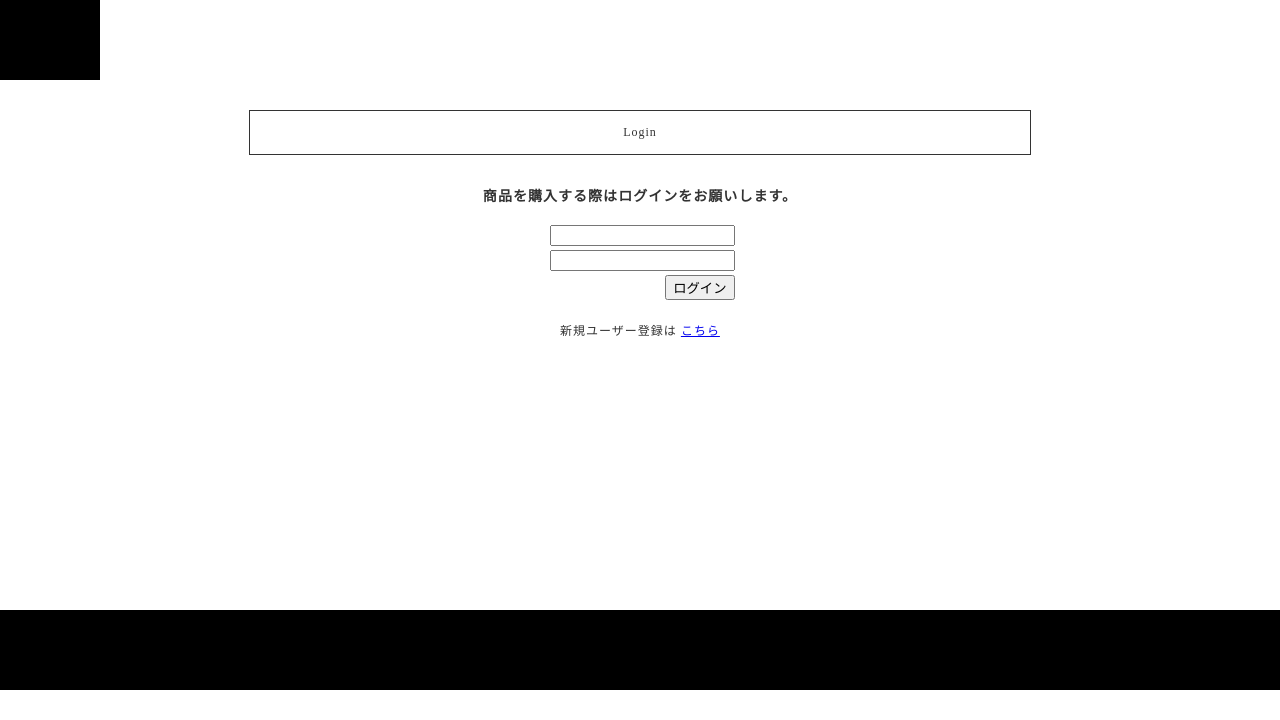
Repository: RyunosukeSaiga0816/test
Page: http://localhost/template/login.jsp
An editor plug-in stored every save of this project. The page is shown before and after the next save, followed by the edit.
The browser window is 1280 px wide. The pictures show the whole page.
The page is served by Tomcat 9.

Above is the page before, as saved 2018-07-17 08:34:19.

After the next save:
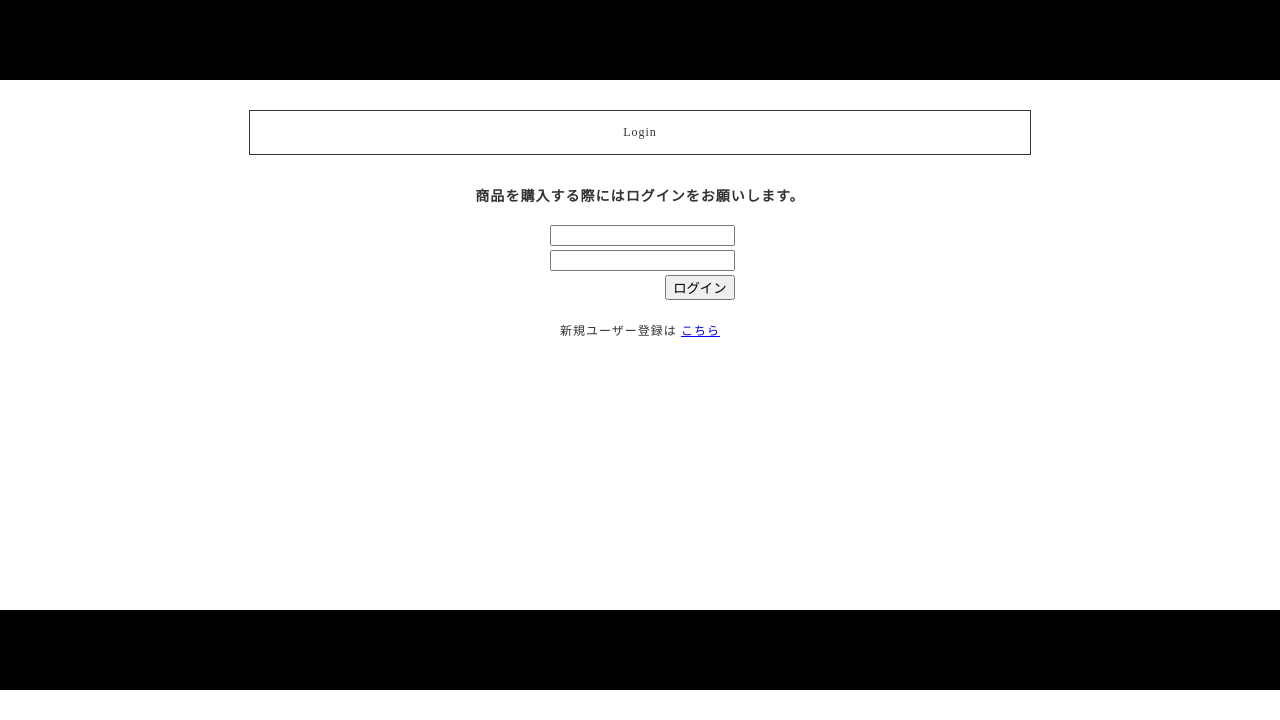
Saved 2 min 32 s later.
--- a/template/WebContent/login.jsp
+++ b/template/WebContent/login.jsp
@@ -37,7 +37,7 @@
 				border:1px solid #333;
 			}
 			#header{
-				width:100px;
+				width:100%;
 				height:80px;
 				background-color:black;
 			}
@@ -64,7 +64,7 @@
 				<p>Login</p>
 			</div>
 			<div>
-				<h3>商品を購入する際はログインをお願いします。</h3>
+				<h3>商品を購入する際にはログインをお願いします。</h3>
 				<s:form action="LoginAction">
 					<s:textfield name="loginUserId"/>
 					<s:password name="loginPassword"/>
@@ -73,7 +73,7 @@
 				<br/>
 				<div>
 					<span>新規ユーザー登録は
-					<a href='<s:url action="UserCreateAction"/>'>こちら</</a>
+					<a href='<s:url action="UserCreateAction"/>'>こちら</a>
 					</span>
 				</div>
 			</div>
